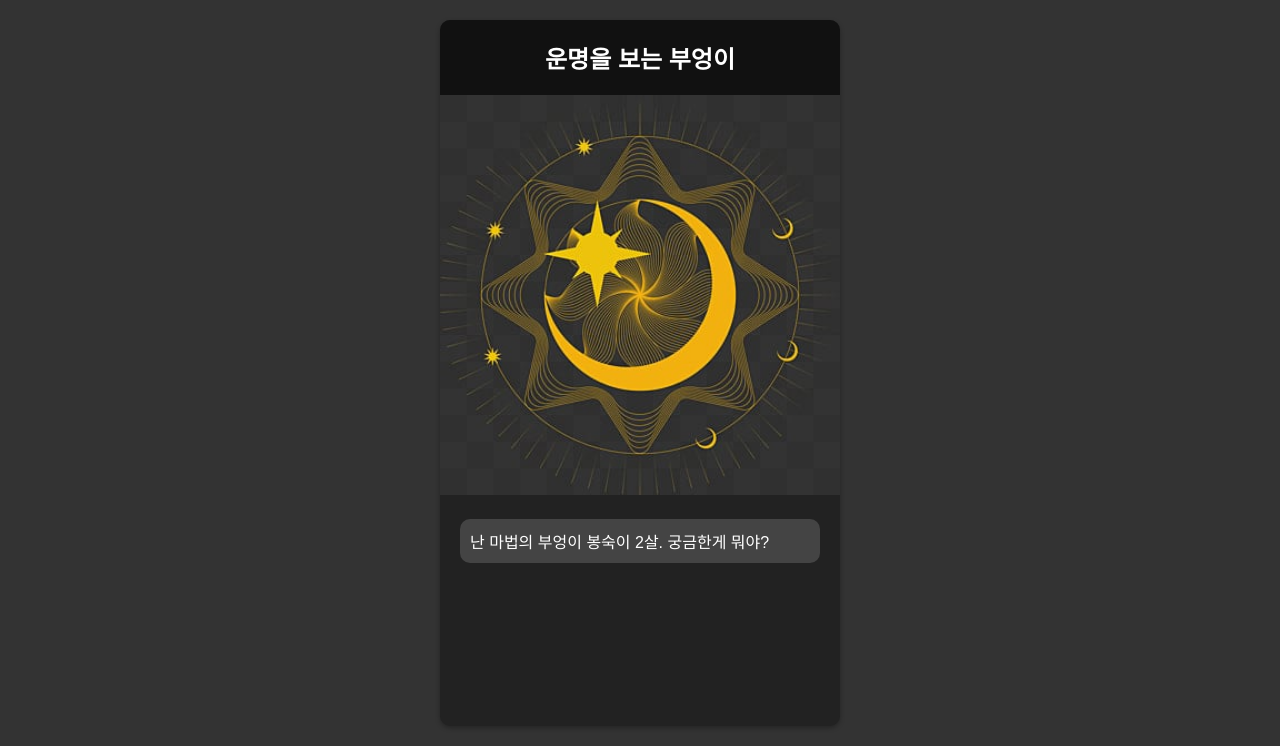
Repository: MYOUNGJOO-KIM/taro
Page: frontend/index.html
The author's editor kept a copy of each file at every save. The page is drawn from the files as they stood at one save, then again after the next save.
The browser window is 1280 px wide. The pictures show the whole page.

Above is the page before, as saved 2023-07-10 22:28:53.

### frontend/index.html
<!DOCTYPE html>
<html lang="ko">
<head>
    <meta charset="UTF-8">
    <meta name="viewport" content="width=device-width, initial-scale=1.0">
    <title>운세보는 챗도지</title>
    <style>
        body {
            font-family: Arial, sans-serif;
            background-color: #333;
            color: #fff;
        }

        img {
            width:100%;
            height:100%;
        }

        .chat-container {
            width: 400px;
            margin: 20px auto;
            background-color: #222;
            border-radius: 10px;
            box-shadow: 0 2px 5px rgba(0, 0, 0, 0.3);
            overflow: hidden;
            height: 98vh;
        }

        .chat-header {
            background-color: #111;
            padding: 20px;
            text-align: center;
        }

        .chat-header h2 {
            margin: 0;
            color: #fff;
            font-size: 24px;
        }

        .chat-body {
            padding: 20px;
            overflow-y: auto;
            height: 74%;
        }

        .chat-message {
            margin-bottom: 20px;
            padding: 10px;
            border-radius: 10px;
        }

        .chat-message.bot {
            background-color: #444;
        }

        .chat-message.user {
            background-color: #666;
        }

        .chat-input {
            width: 100%;
            padding: 10px;
            border: none;
            border-top: 1px solid #999;
            color: #fff;
            background-color: transparent;
        }

        .chat-button {
            width: 100%;
            padding: 10px;
            background-color: #111111;
            color: #fff;
            border: none;
            cursor: pointer;
        }
    </style>
</head>
<body>
    <div class="chat-container">
        <div class="chat-header">
            <h2>운명을 보는 부엉이</h2>
        </div>
        <div>
            <img src="./asset/images/bg_small.jpg">
        </div>
        <div class="chat-body" id="chatBody"></div>
        <input type="text" class="chat-input" id="messageInput" placeholder="메시지를 입력하세요" onkeydown="handleKeyDown(event)">
        <button class="chat-button" onclick="sendMessage()">전송</button>
    </div>

    <script>
        const chatBody = document.getElementById('chatBody');
        const messageInput = document.getElementById('messageInput');

        displayMessage('난 마법의 부엉이 봉숙이 2살. 궁금한게 뭐야?', 'bot');

        function sendMessage() {
            const message = messageInput.value.trim();
            if (message === '') {
                return; // Do not proceed if the message is empty
            }

            displayMessage(message, 'user');
            getFortune(message);

            messageInput.value = '';
        }

        function displayMessage(message, sender) {
            const div = document.createElement('div');
            div.innerText = message;
            div.classList.add('chat-message', sender);
            chatBody.appendChild(div);
            chatBody.scrollTop = chatBody.scrollHeight; // Scroll to the bottom of the chat messages
        }

        function handleKeyDown(event) {
            if (event.key === 'Enter') {
                event.preventDefault();
                sendMessage();
            }
        }

        async function getFortune(message) {
            try {
                const response = await fetch('http://localhost:3000/fortuneTell', {
                    method: 'POST',
                    headers: {
                        'Content-Type': 'application/json'
                    },
                    body: JSON.stringify({ name: message })
                });

                const data = await response.json();
                console.log(data);

                displayMessage(data.assistant, 'bot');
            } catch (error) {
                console.error(error);
            }
        }
    </script>
</body>
</html>

After the next save:
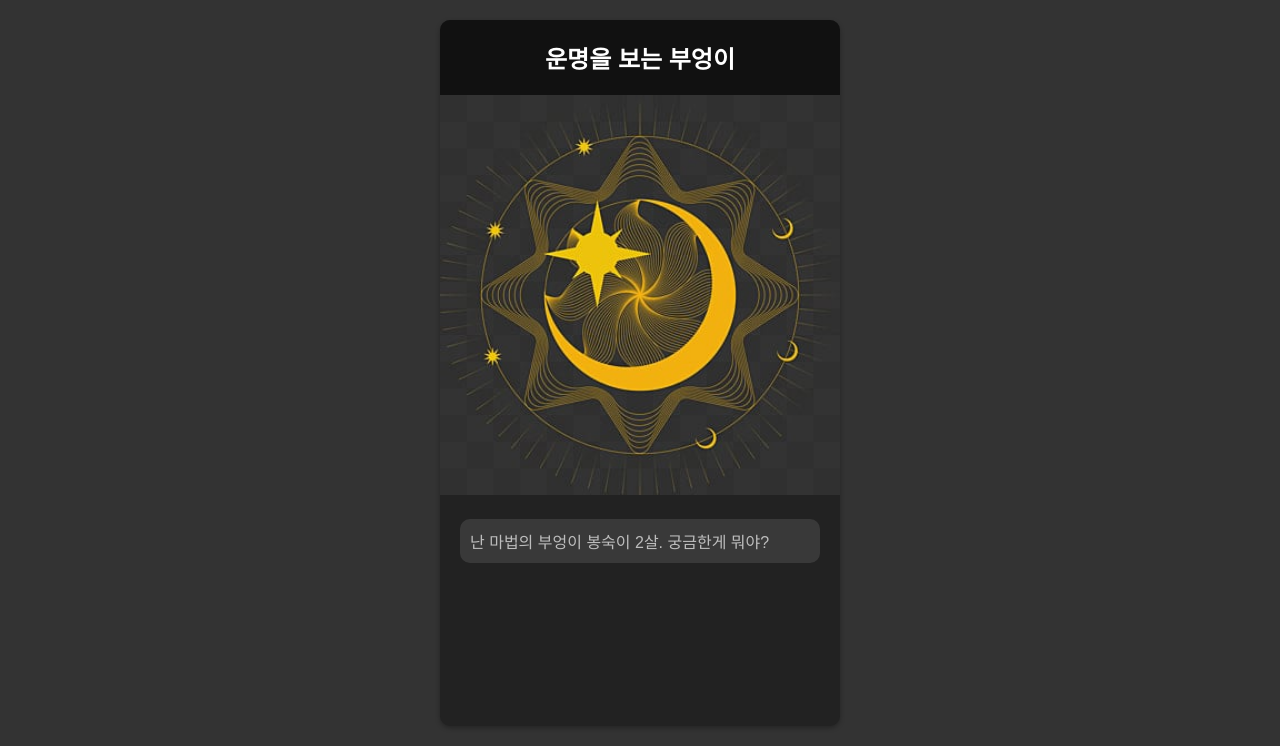
Saved 45 s later.
--- a/frontend/index.html
+++ b/frontend/index.html
@@ -52,10 +52,12 @@
 
         .chat-message.bot {
             background-color: #444;
+            opacity: 0.7;
         }
 
         .chat-message.user {
             background-color: #666;
+            opacity: 0.8;
         }
 
         .chat-input {
